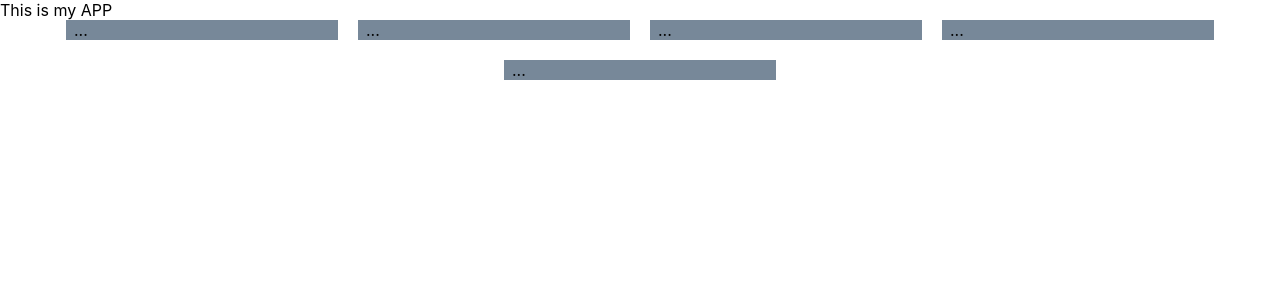
Repository: vnevescode/ui-components-react
Page: /
An editor plug-in stored every save of this project. The page is shown before and after the next save, followed by the edit.
The browser window is 1280 px wide. The pictures show the whole page.
The project was rebuilt for these pictures with package versions that can differ from the ones it lists, and the page was loaded fresh each time.

Above is the page before, as saved 2022-06-09 22:16:04.

### src/App.js
import React from 'react';
import Cards from './components/Cards/Cards';

function App() {
  return (
    <div className="App">
      <div>This is my APP</div>
      <Cards/>
    </div>
  );
}

export default App;

### src/components/Cards/Cards.jsx
import React from 'react'
import './Cards.style.css'

const Cards = () => {
  return (
    <>
        <div className="cards">
            {/* A card with given width */}
            <div className="cards__item">
                {'...'}
            </div>
            {/* Repeat other cards */}
            <div className="cards__item">
                {'...'}
            </div>
            <div className="cards__item">
                {'...'}
            </div>
            <div className="cards__item">
                {'...'}
            </div>
            <div className="cards__item">
                {'...'}
            </div>
        </div>
    </>
  )
}

export default Cards

### src/components/Cards/Cards.style.css

.cards{
    display: flex;
    /* flex-direction: column; */
    justify-content: center;
    flex-wrap: wrap;
    gap: 20px;
}

.cards__item{
    flex-basis: 20%;
    padding-left: 8px;
    padding-right: 8px;
    background-color: lightslategray;
}

Loaded but not shown: public/index.html (common file); src/index.js (common file); src/index.css (common file)

After the next save:
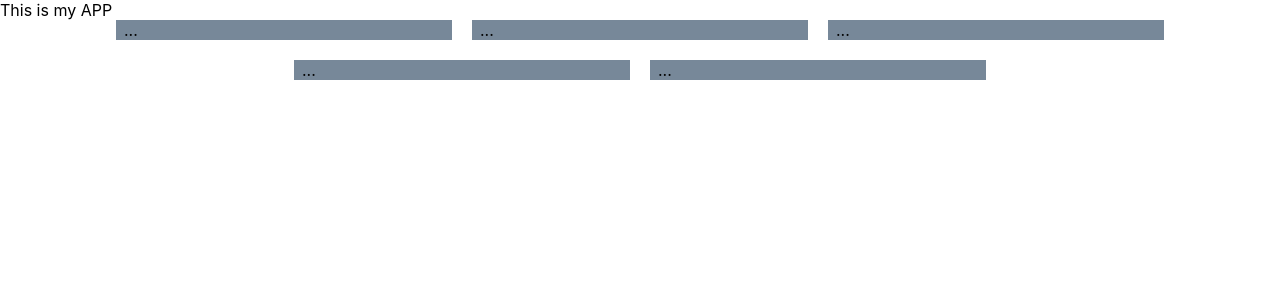
Saved 15 s later.
--- a/src/components/Cards/Cards.style.css
+++ b/src/components/Cards/Cards.style.css
@@ -8,7 +8,7 @@
 }
 
 .cards__item{
-    flex-basis: 20%;
+    flex-basis: 25%;
     padding-left: 8px;
     padding-right: 8px;
     background-color: lightslategray;
